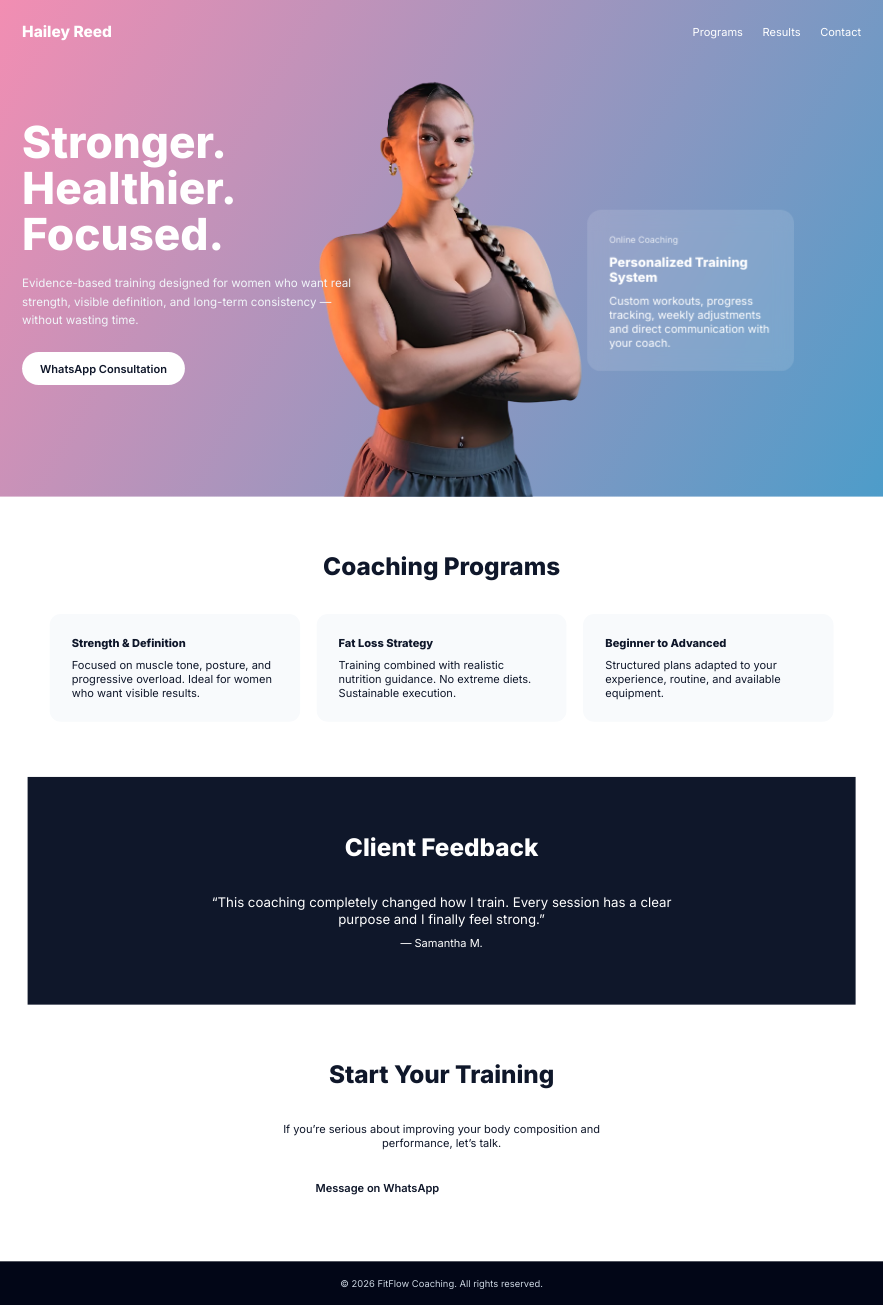
Repository: davidfsillva/Hailey-Reed-Coaching
Page: index.html
An editor plug-in stored every save of this project. The page is shown before and after a run of saves, followed by the edit.
The browser window is 1280 px wide. The pictures show the whole page, at 69% of full size.

Above is the page before, as saved 2026-02-11 17:53:53.

### index.html
<!DOCTYPE html>
<html lang="en">
<head>
  <meta charset="UTF-8" />
  <meta name="viewport" content="width=device-width, initial-scale=1.0" />
  <title>Personal Trainer | Online Coaching</title>
  <link rel="stylesheet" href="style.css" />
  <link rel="preconnect" href="https://fonts.googleapis.com">
  <link rel="preconnect" href="https://fonts.gstatic.com" crossorigin>
  <link href="https://fonts.googleapis.com/css2?family=Inter:wght@400;600;800&display=swap" rel="stylesheet">
</head>
<body>

<header class="hero">
  <nav class="nav">
    <h1 class="logo">Hailey Reed</h1>
    <div class="nav-links">
      <a href="#programs">Programs</a>
      <a href="#results">Results</a>
      <a href="#contact">Contact</a>
    </div>
  </nav>

  <!-- IMAGEM DO TREINADOR -->
  <img class="hero-img" src="img/Photoroom_20260211_45117 PM.png" alt="Trainer" />

  <!-- GRADIENTE SOBRE A IMAGEM -->
  <div class="hero-gradient"></div>

  <!-- CONTEÚDO DO HERO -->
  <div class="hero-content">
    <div class="hero-text">


  <h2 class="hero-title">
    Stronger.<br>
    Healthier.<br>
    Focused.
  </h2>
      <p>
        Evidence-based training designed for women who want real strength,
        visible definition, and long-term consistency — without wasting time.
      </p>
      <div class="cta-group">
        <a href="https://wa.me/5599999999999" target="_blank" class="btn primary">
          WhatsApp Consultation
        </a>
      </div>
    </div>

    <div class="hero-card">
      <span class="tag">Online Coaching</span>
      <h3>Personalized Training System</h3>
      <p>
        Custom workouts, progress tracking, weekly adjustments
        and direct communication with your coach.
      </p>
    </div>
  </div>
</header>


<section id="programs" class="section">
  <h3>Coaching Programs</h3>

  <div class="cards">
    <div class="card">
      <h4>Strength & Definition</h4>
      <p>
        Focused on muscle tone, posture, and progressive overload.
        Ideal for women who want visible results.
      </p>
    </div>

    <div class="card">
      <h4>Fat Loss Strategy</h4>
      <p>
        Training combined with realistic nutrition guidance.
        No extreme diets. Sustainable execution.
      </p>
    </div>

    <div class="card">
      <h4>Beginner to Advanced</h4>
      <p>
        Structured plans adapted to your experience, routine,
        and available equipment.
      </p>
    </div>
  </div>
</section>

<section id="results" class="section dark">
  <h3>Client Feedback</h3>

  <div class="testimonial">
    <p>
      “This coaching completely changed how I train.
      Every session has a clear purpose and I finally feel strong.”
    </p>
    <span>— Samantha M.</span>
  </div>
</section>

<section id="contact" class="section">
  <h3>Start Your Training</h3>
  <p class="contact-text">
    If you’re serious about improving your body composition
    and performance, let’s talk.
  </p>

  <div class="cta-group center">
    <a href="https://wa.me/5599999999999" target="_blank" class="btn primary">
      Message on WhatsApp
    </a>
    <a href="https://instagram.com/seuinstagram" target="_blank" class="btn secondary">
      Visit Instagram
    </a>
  </div>
</section>

<footer class="footer">
  <p>© 2026 FitFlow Coaching. All rights reserved.</p>
</footer>

<script src="script.js"></script>
</body>
</html>

### style.css
:root {
  --pink: #f07aa5;
  --blue: #2e8bc0;
  --dark: #0f172a;
  --light: #ffffff;
  --muted: #cbd5e1;
}

* {
  margin: 0;
  padding: 0;
  box-sizing: border-box;
  font-family: 'Inter', sans-serif;
}

body {
  background: var(--light);
  color: var(--dark);
}

/* ================= HERO ================= */
.hero {
  position: relative;
  min-height: 100vh;
  padding: 32px;
  color: white;
  overflow: hidden;
}

/* IMAGEM DO TREINADOR */
/* IMAGEM DO TREINADOR */
.hero-img {
  position: absolute;
  top: 50%;
  left: 50%;
  transform: translate(-50%, -50%);
  width: 60%;
  max-width: 500px;
  height: auto;
  z-index: 2; /* imagem acima do gradiente */
}

/* GRADIENTE SOBRE A IMAGEM (agora atrás da imagem) */
.hero-gradient {
  position: absolute;
  top: 0;
  left: 0;
  width: 100%;
  height: 100%;
  background: linear-gradient(
    120deg,
    rgba(240,122,165,0.85),
    rgba(46,139,192,0.85)
  );
  z-index: 1; /* atrás da imagem */
}

/* CONTEÚDO DO HERO (texto e card) */
.hero-content {
  position: relative;
  z-index: 5; /* sempre acima da imagem */
}


/* TEXTO DO HERO */

.hero-text {
  display: flex;
  flex-direction: column;
  justify-content: center;
  height: 85vh;
}

/* Nome */
.trainer-name {
  font-size: 0.9rem;
  letter-spacing: 3px;
  text-transform: uppercase;
  opacity: 0.85;
  margin-bottom: 60px;
}

/* Título */
.hero-title {
  font-size: clamp(3rem, 6vw, 5rem);
}

.hero-title > h2 >p {
font-size: 20PX;
}

/* Parágrafo */
.hero-text p {
  max-width: 500px;
  line-height: 1.6;
}


.hero-text h2 {
  font-size: clamp(2.8rem, 5vw, 4.2rem);
  line-height: 1.05;
  margin-bottom: 24px;
}

.hero-text p {
  max-width: 480px;
  font-size: 1.05rem;
  color: #f1f5f9;
}

/* BOTÕES */
.cta-group {
  display: flex;
  gap: 16px;
  margin-top: 32px;
  flex-wrap: wrap;
}

.btn {
  padding: 14px 26px;
  border-radius: 999px;
  font-weight: 600;
  text-decoration: none;
  transition: 0.3s;
}

.btn.primary {
  background: white;
  color: var(--dark);
}

.btn.secondary {
  border: 1px solid white;
  color: white;
}

.btn:hover {
  transform: translateY(-2px);
}

/* CARD COM BLUR */
.hero-card {
  position: absolute; /* posição relativa ao hero */
  top: 40%;           /* ajuste vertical: quanto mais alto o %, mais baixo ele fica */
  right: 8%;          /* distância da borda direita */
  width: 300px;       /* largura do card */
  background: rgba(255,255,255,0.12);
  backdrop-filter: blur(14px);
  padding: 32px;
  border-radius: 20px;
  z-index: 4;         /* acima da imagem */
}

/* TAG E TÍTULO DO CARD */
.hero-card .tag {
  font-size: 0.8rem;
  opacity: 0.8;
}

.hero-card h3 {
  margin: 12px 0;
}

/* ================= NAVBAR ================= */
.nav {
  position: relative;
  z-index: 10; /* maior que imagem, gradiente e card */

  display: flex;              /* ativa alinhamento horizontal */
  justify-content: space-between; /* logo esquerda, links direita */
  align-items: center;        /* centraliza verticalmente */
}

.nav-links a {
  position: relative;
  color: white;
  margin-left: 24px;
  text-decoration: none;
  font-weight: 500;
  padding-bottom: 4px;
}

.nav-links a::after {
  content: "";
  position: absolute;
  left: 0;
  bottom: 0;
  width: 0%;
  height: 2px;
  background: white;
  transition: width 0.3s ease;
}

.nav-links a:hover::after {
  width: 100%;
}



.logo {
  font-weight: 800;
  font-size: 1.4rem;
}

.nav-links a {
  color: white;
  margin-left: 24px;
  text-decoration: none;
  font-weight: 500;
}

/* ================= SECTIONS ================= */
.section {
  padding: 80px 32px;
  max-width: 1200px;
  margin: auto;
}

.section h3 {
  font-size: 2.2rem;
  margin-bottom: 48px;
  text-align: center;
}

.cards {
  display: grid;
  grid-template-columns: repeat(auto-fit,minmax(260px,1fr));
  gap: 24px;
}

.card {
  background: #f8fafc;
  padding: 32px;
  border-radius: 16px;
}

.card h4 {
  margin-bottom: 12px;
}

.dark {
  background: #0f172a;
  color: white;
}

.testimonial {
  max-width: 700px;
  margin: auto;
  text-align: center;
}

.testimonial p {
  font-size: 1.2rem;
  margin-bottom: 12px;
}

.contact-text {
  text-align: center;
  max-width: 520px;
  margin: 0 auto 32px;
}

.center {
  justify-content: center;
}

/* ================= FOOTER ================= */
.footer {
  padding: 24px;
  text-align: center;
  background: #020617;
  color: var(--muted);
  font-size: 0.85rem;
}

/* ================= RESPONSIVE ================= */
@media (max-width: 900px) {
  .hero-content {
    grid-template-columns: 1fr;
    text-align: center;
  }

  .hero-text p {
    margin: auto;
  }

  .hero-card {
    margin-top: 32px;
  }

  .hero-img {
    width: 90%; /* ajusta para telas menores */
  }

    .nav {
    flex-direction: column;
    gap: 16px;
  }

  .nav-links a {
    margin-left: 0;
  }
}

### script.js
// Smooth scroll for internal links
document.querySelectorAll('a[href^="#"]').forEach(anchor => {
  anchor.addEventListener('click', function (e) {
    e.preventDefault();
    document.querySelector(this.getAttribute('href'))
      .scrollIntoView({ behavior: 'smooth' });
  });
});

After the next 3 saves:
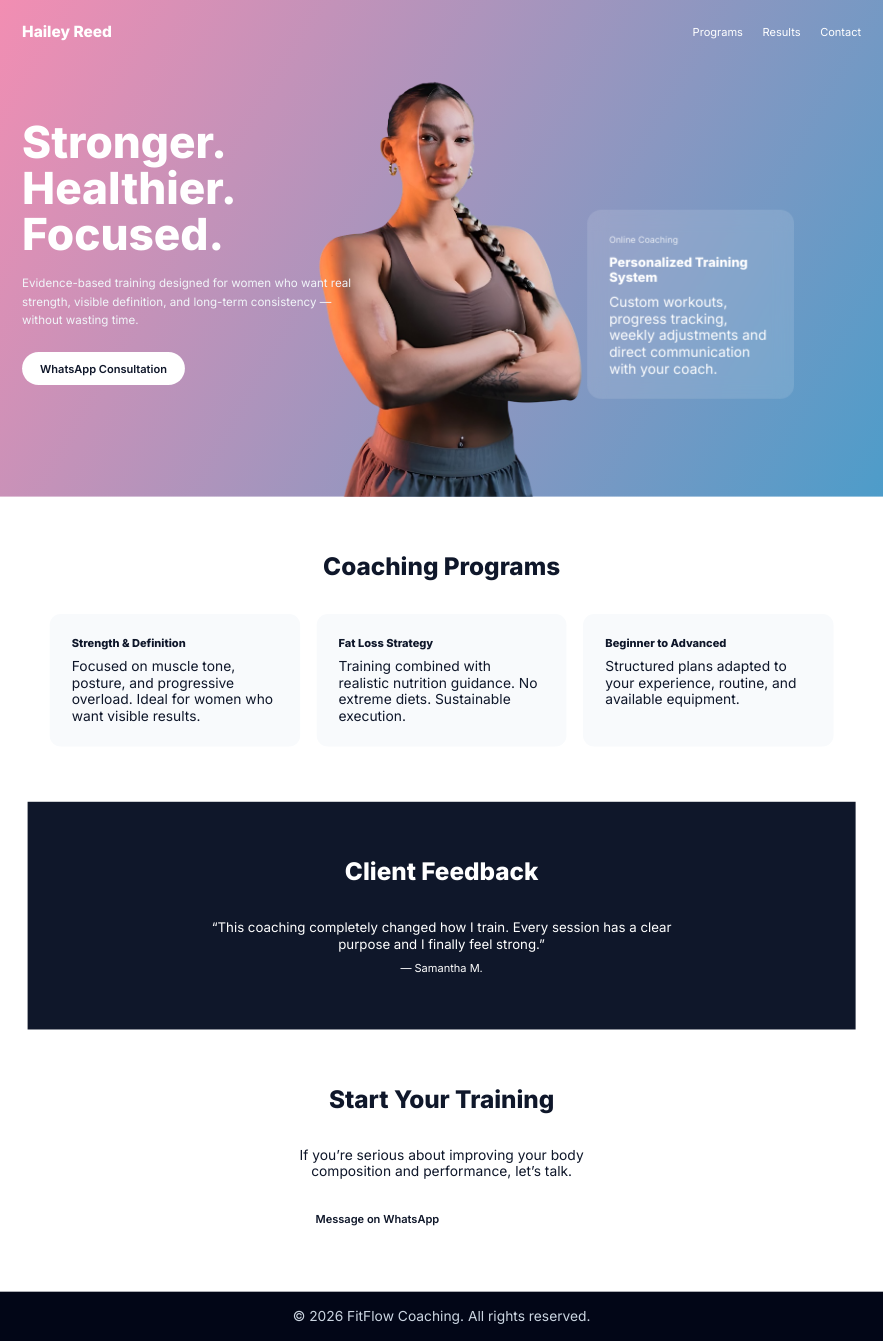
The 3 saves are shown as one change because they came seconds apart.
The last was saved 13 s later.
--- a/style.css
+++ b/style.css
@@ -85,7 +85,7 @@ body {
   font-size: clamp(3rem, 6vw, 5rem);
 }
 
-.hero-title > h2 >p {
+.hero-title > h2, p {
 font-size: 20PX;
 }
 
